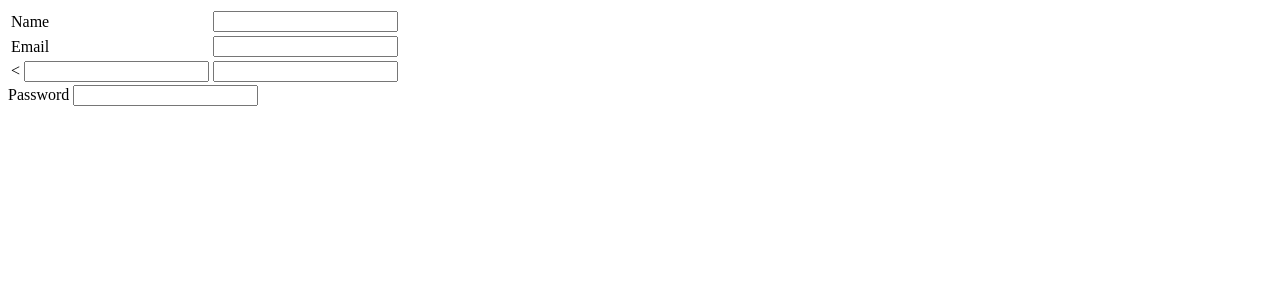
Repository: obusakthi539/Loginform
Page: Login.html
An editor plug-in stored every save of this project. The page is shown before and after a run of saves, followed by the edit.
The browser window is 1280 px wide. The pictures show the whole page.

Above is the page before, as saved 2025-01-10 17:30:47.

After the next 2 saves:
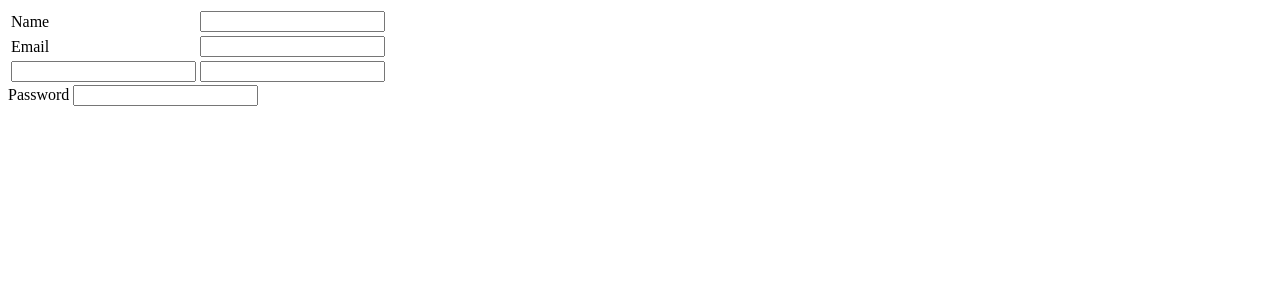
The 2 saves are shown as one change because they came seconds apart.
The last was saved 7 s later.
--- a/Login.html
+++ b/Login.html
@@ -18,8 +18,7 @@
                 <td><input type="text"></td>
             </tr>
             <tr>
-                <td><
-                    <input type="text"></td>
+                <td><input type="text"></td>
                 <td><input type="text"></td>
             </tr>
         </table>
